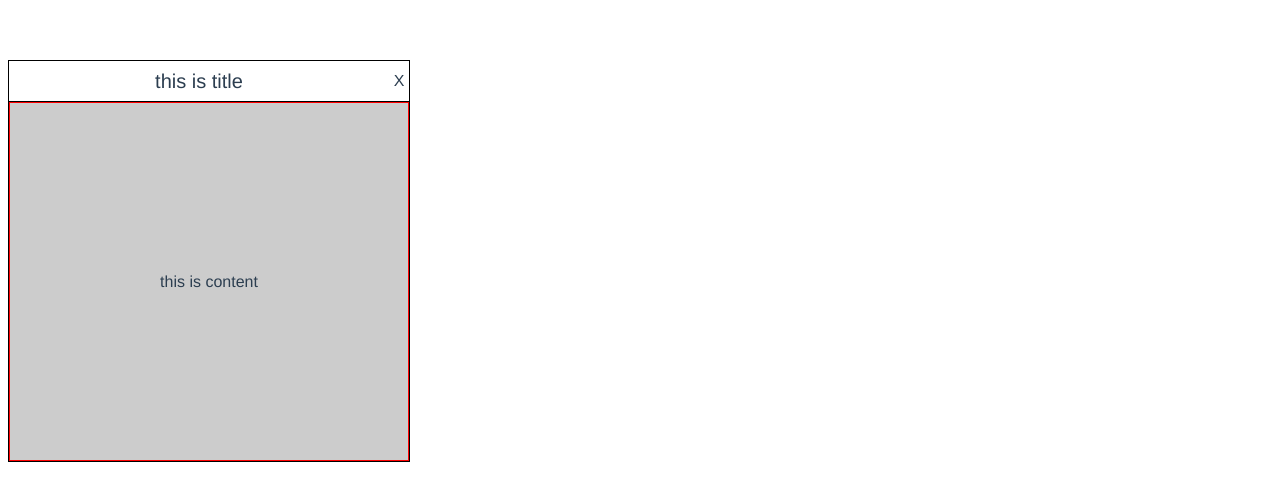
Repository: iulucky6/yf_messageBox
Page: /
An editor plug-in stored every save of this project. The page is shown before and after the next save, followed by the edit.
The browser window is 1280 px wide. The pictures show the whole page.
The project was rebuilt for these pictures with package versions that can differ from the ones it lists, and the page was loaded fresh each time. Also part of the build but not shown: src/components/HelloWorld.vue.

Above is the page before, as saved 2023-09-14 11:28:45.

### index.html
<!DOCTYPE html>
<html>
  <head>
    <meta charset="utf-8">
    <meta name="viewport" content="width=device-width,initial-scale=1.0">
    <title>v</title>
  </head>
  <body>
    <div id="app"></div>
    <!-- built files will be auto injected -->
  </body>
</html>

### src/main.js
// The Vue build version to load with the `import` command
// (runtime-only or standalone) has been set in webpack.base.conf with an alias.
import Vue from 'vue'
import App from './App'
// 引入配置文件
import router from './router'

Vue.config.productionTip = false

/* eslint-disable no-new */
new Vue({
  el: '#app',
  //注入
  router,
  components: { App },
  template: '<App/>'
})

### src/App.vue
<template>
  <div id="app">
    <!-- 决定路由组件配置，匹配到的组件会在这里渲染 -->
    <!-- <router-view/> -->
    <MessageBox></MessageBox>
  </div>
</template>

<script>
import { MessageBox } from "./components";
console.log(MessageBox,"MessageBox");

export default {
  name: "App",
  components:{
    MessageBox
  }
};
</script>

<style>
#app {
  font-family: "Avenir", Helvetica, Arial, sans-serif;
  -webkit-font-smoothing: antialiased;
  -moz-osx-font-smoothing: grayscale;
  text-align: center;
  color: #2c3e50;
  margin-top: 60px;
}
</style>

### src/router/index.js
// 1、引入路由
import Vue from 'vue'
import Router from 'vue-router'

// 2、启用路由
Vue.use(Router)

// 3、创建并导出路由
export default new Router({
  mode:'hash',
  routes: [
    {
      path: '/',
      name: 'HelloWorld',
      component: () => import("@/components/HelloWorld.vue")
    },
    {
      path:'/about',
      name:'About',
      component:()=>import("@/components/About.vue")
    }
  ]
})

### src/components/index.js
import MessageBox from "./MessageBox";

export {
    MessageBox
}

### src/components/MessageBox/index.js
import MessageBox from './index.vue'

export default MessageBox;

### src/components/MessageBox/index.vue
<template>
  <div :class="['boxStyle', type]">
    <header class="header">
      <div class="title">{{ title }}</div>
      <span class="close">X</span>
    </header>

    <div class="content">{{ content }}</div>
  </div>
</template>

<script>
export default {
  name: "MessageBox",
  props: {
    title: {
      type: String,
      default: "this is title",
    },
    content: {
      type: String,
      default: "this is content",
    },
    type: {
      type: String,
      default: "primary",
      //vue语法，校验传入参数合法性，返回true/false，返回false则警告
      validator(value) {
        ["primary", "success", "warn", "danger"].includes(value);
      },
    },
  },
};
</script>

<style lang='scss'>
$border-color: #000;
.boxStyle {
  border: 1px solid $border-color;
  width: 400px;
  height: 400px;
  display: flex;
  flex-direction: column;
  .header {
    display: flex;
    width: 100%;
    align-items: center;
    border-bottom: 1px solid $border-color;
    height: 40px;
    .title {
      flex: 1;
      font-size: 20px;
    }
    .close {
      width: 20px;
      line-height: 40px;
      display: inline-block;
    }
  }
  .content {
    display: flex;
    background-color: #ccc;
    border: 1px solid red;
    flex: 1;
    align-items: center;
    justify-content: center;
    // justify-content: center;
  }
}
</style>

After the next save:
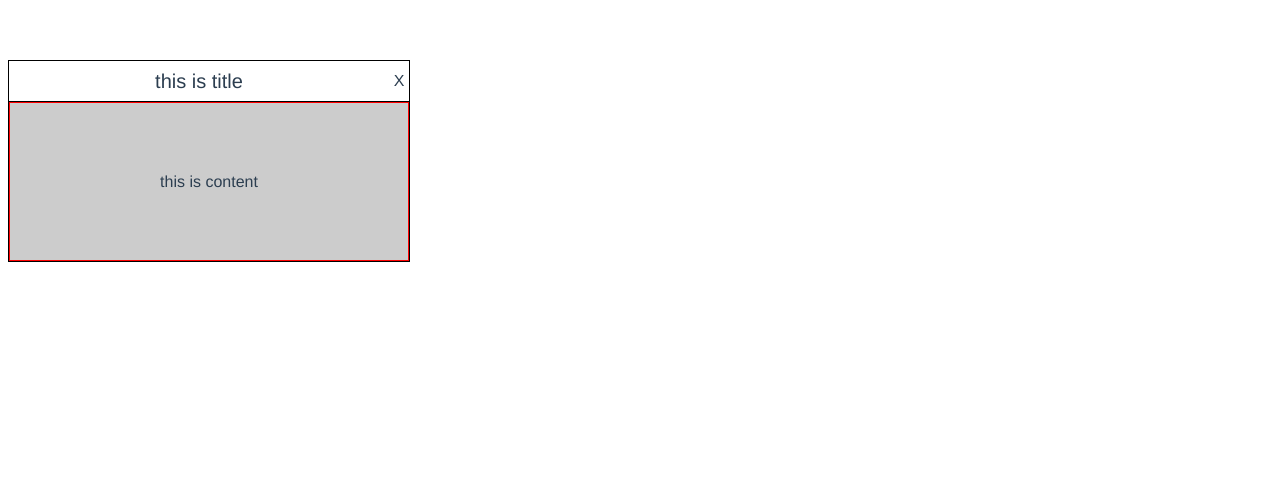
Saved 8 s later.
--- a/src/components/MessageBox/index.vue
+++ b/src/components/MessageBox/index.vue
@@ -38,7 +38,7 @@ $border-color: #000;
 .boxStyle {
   border: 1px solid $border-color;
   width: 400px;
-  height: 400px;
+  height: 200px;
   display: flex;
   flex-direction: column;
   .header {
